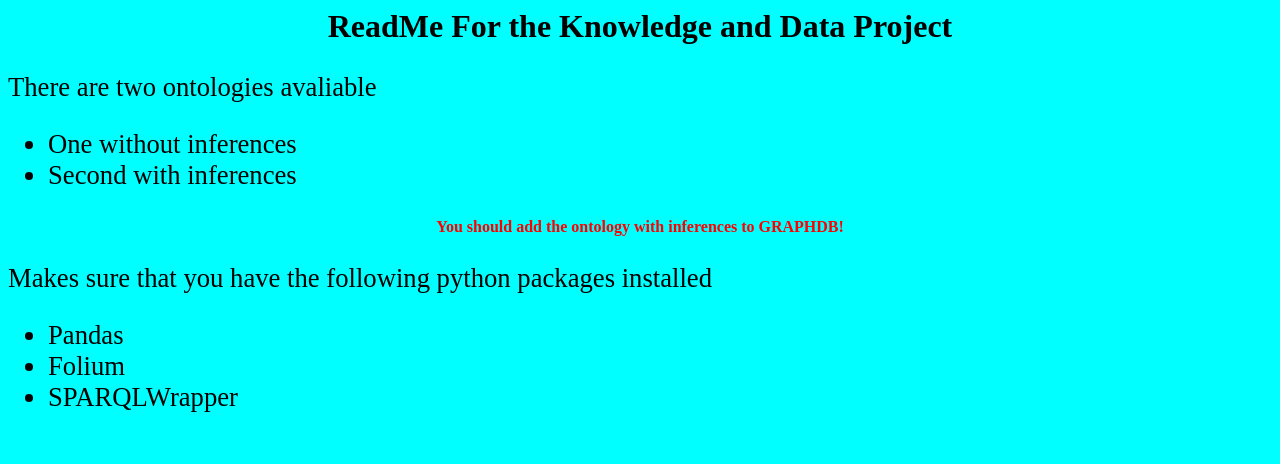
Repository: pawelpiwowarski/Knowledge_and_Data
Page: README.html
An editor plug-in stored every save of this project. The page is shown before and after a run of saves, followed by the edit.
The browser window is 1280 px wide. The pictures show the whole page.

Above is the page before, as saved 2022-10-27 22:08:16.

### README.html

<html>
<head>

<title>README</title>
<style>
#title {
    font-family: "Times New Roman", Times, serif;
    font-size: 24pt;
    font-weight: bold;
    color: #000000;
    text-align: center;
}

#red {
    font-family: "Times New Roman", Times, serif;
    font-size: 12pt;
    font-weight: bold;
    color: #FF0000;
    text-align: center;
}
body { font-family: 'Times New Roman', Times, serif; font-size: 20pt; background-color: aqua;}
</style>
</head>
<body>
<h2 id="title"> ReadMe For the Knowledge and Data Project</h2>
<p> There are two ontologies avaliable</p>
<ul>
<li>
One without inferences
</li>
<li>
Second with inferences
</li>
</ul>

<p id="red"> You should add the ontology with inferences to GRAPHDB! </p>

<p> Makes sure that you have the following python packages installed<p>

<ul>
<li>
Pandas
</li>
<li>
Folium
</li>
<li>
SPARQLWrapper
</li>
</ul>
</body>
</html>

After the next 2 saves:
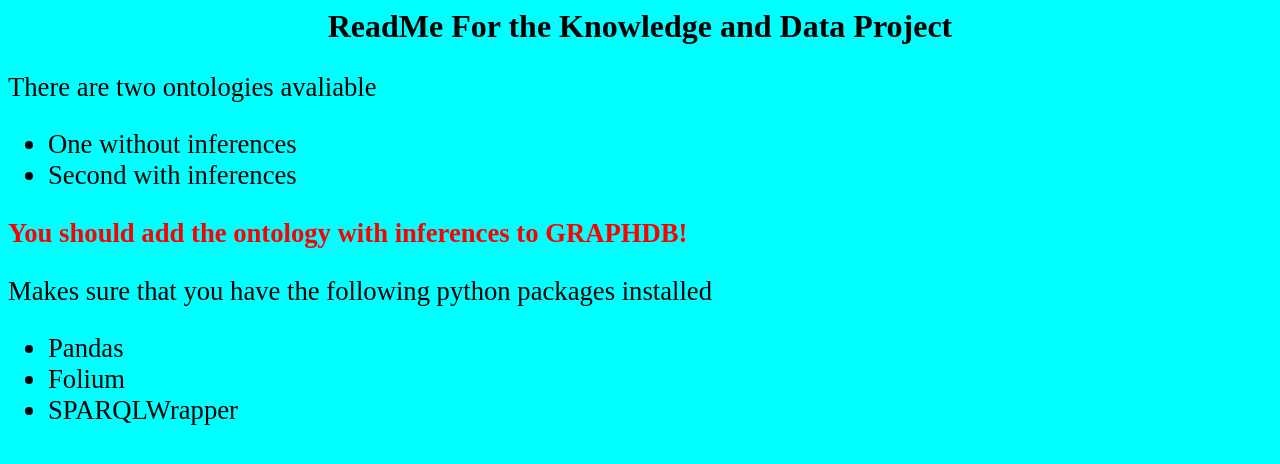
The 2 saves are shown as one change because they came seconds apart.
The last was saved 10 s later.
--- a/README.html
+++ b/README.html
@@ -14,10 +14,10 @@
 
 #red {
     font-family: "Times New Roman", Times, serif;
-    font-size: 12pt;
+    font-size: 20pt;
     font-weight: bold;
     color: #FF0000;
-    text-align: center;
+
 }
 body { font-family: 'Times New Roman', Times, serif; font-size: 20pt; background-color: aqua;}
 </style>
